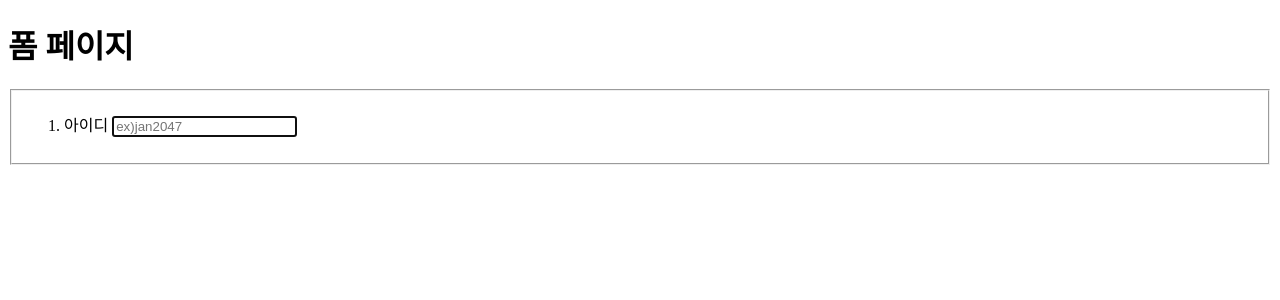
Repository: jinaa11/Kcc_Web
Page: Html/WebContent/form.html
The author's editor kept a copy of each file at every save. The page is drawn from the files as they stood at one save, then again after the next save.
The browser window is 1280 px wide. The pictures show the whole page.

Above is the page before, as saved 2024-07-08 05:51:58.

After the next save:
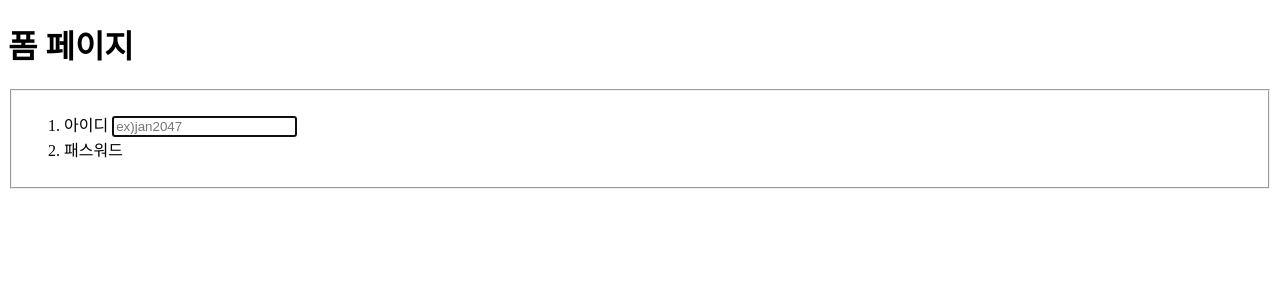
Saved 14 min 39 s later.
--- a/Html/WebContent/form.html
+++ b/Html/WebContent/form.html
@@ -15,6 +15,9 @@
 					<input type="text" name="userId" id="id" autofocus="autofocus"
 					placeholder="ex)jan2047">
 				</li>
+				<li>
+					<label>패스워드</label>
+				</li>
 			</ol>
 		</fieldset>
 	</form>
